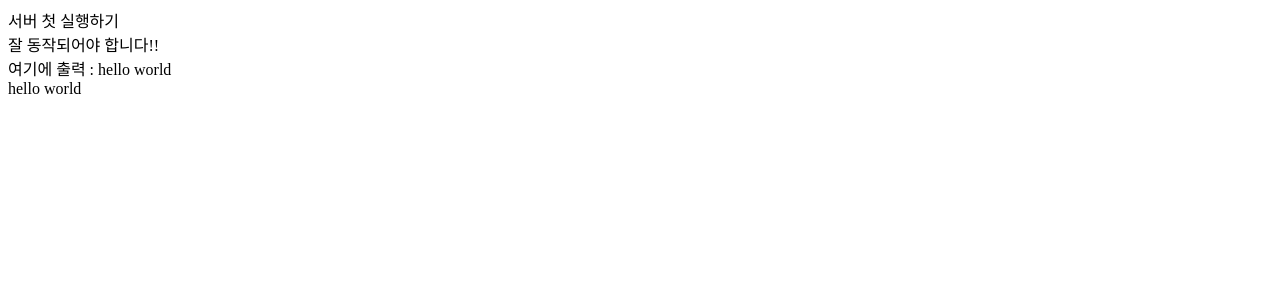
Repository: hsaar/jsworkplace
Page: http://localhost/testjsp/test00.jsp
These files come from the project's save history. The page is drawn as it stood at one moment and after the next save; the edit follows.
The browser window is 1280 px wide. The pictures show the whole page.
The page is served by Tomcat 9.

Above is the page before, as saved 2025-08-19 01:59:40.

### testjsp/src/main/webapp/test00.jsp
<%@ page language="java" contentType="text/html; charset=EUC-KR"
    pageEncoding="EUC-KR"%>
	<%
		String str = "hello world";
	%>
<!DOCTYPE html>
<html>
<title>test00</title>
<head>
<meta charset="EUC-KR">
<title>Insert title here</title>
</head>
<body>

	서버 첫 실행하기<br>
	잘 동작되어야 합니다!!<br>
	여기에 출력 : <%=str %><br>
	<% out.println(str); %>
</body>
</html>

After the next save:
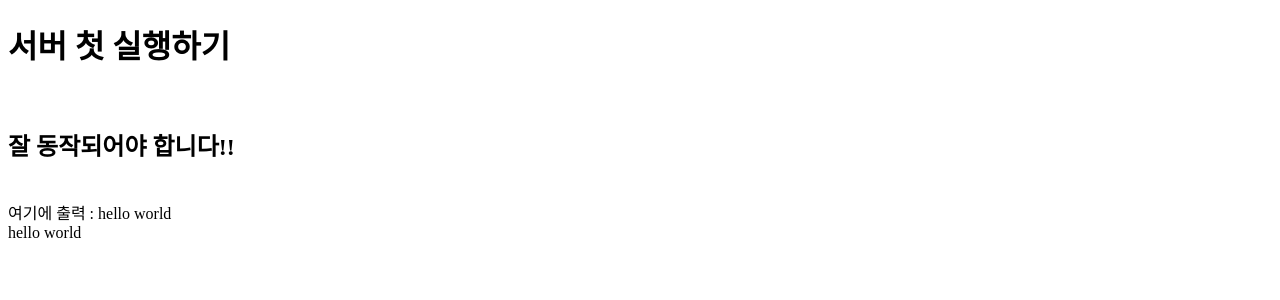
Saved 67 s later.
--- a/testjsp/src/main/webapp/test00.jsp
+++ b/testjsp/src/main/webapp/test00.jsp
@@ -12,9 +12,11 @@
 </head>
 <body>
 
-	서버 첫 실행하기<br>
-	잘 동작되어야 합니다!!<br>
+	<h1>서버 첫 실행하기</h1><br>
+	<h2>잘 동작되어야 합니다!!</h2><br>
 	여기에 출력 : <%=str %><br>
 	<% out.println(str); %>
+
+
 </body>
 </html>
